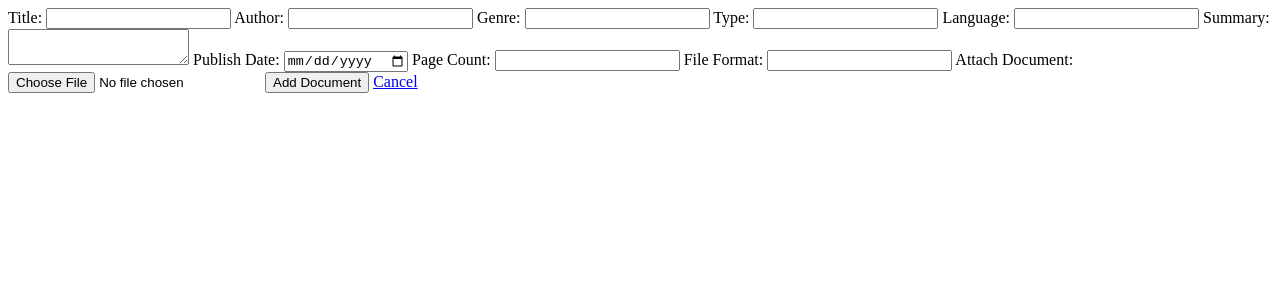
Repository: yasmine555/SpringBoot
Page: src/main/resources/templates/AddDocument.html
An editor plug-in stored every save of this project. The page is shown before and after the next save, followed by the edit.
The browser window is 1280 px wide. The pictures show the whole page.

Above is the page before, as saved 2024-10-27 16:32:34.

After the next save:
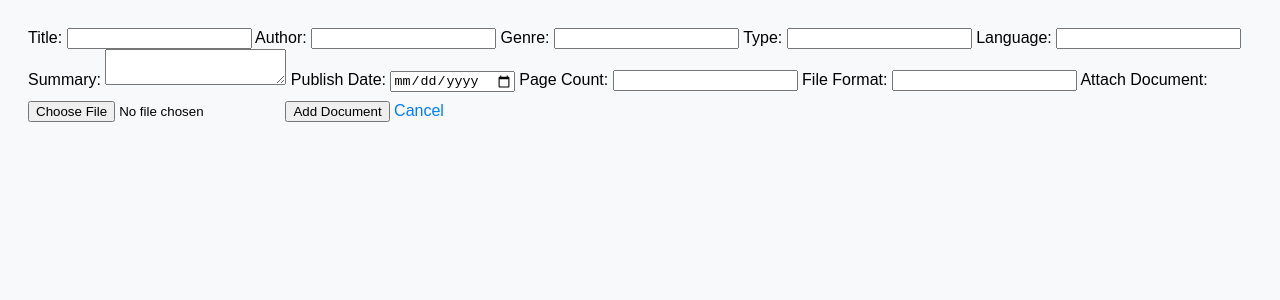
Saved 7 s later.
--- a/src/main/resources/templates/AddDocument.html
+++ b/src/main/resources/templates/AddDocument.html
@@ -1,6 +1,75 @@
 <!DOCTYPE html>
 <html>
     <STYLE>
+        body {
+    font-family: 'Arial', sans-serif;
+    background-color: #f8f9fa;
+    padding: 20px;
+}
+
+.document-form {
+    max-width: 500px;
+    margin: 0 auto;
+    padding: 20px;
+    border-radius: 8px;
+    box-shadow: 0 2px 10px rgba(0, 0, 0, 0.1);
+    background-color: #ffffff;
+}
+
+.document-form label {
+    display: block;
+    margin-bottom: 5px;
+    font-weight: bold;
+}
+
+.document-form input[type="text"],
+.document-form input[type="date"],
+.document-form input[type="number"],
+.document-form textarea,
+.document-form input[type="file"] {
+    width: 100%;
+    padding: 10px;
+    margin-bottom: 15px;
+    border: 1px solid #ced4da;
+    border-radius: 4px;
+    box-sizing: border-box;
+    transition: border-color 0.3s;
+}
+
+.document-form input[type="text"]:focus,
+.document-form input[type="date"]:focus,
+.document-form input[type="number"]:focus,
+.document-form textarea:focus {
+    border-color: #80bdff;
+    outline: none;
+}
+
+.document-form button {
+    background-color: #007bff;
+    color: white;
+    padding: 10px;
+    border: none;
+    border-radius: 4px;
+    cursor: pointer;
+    font-size: 16px;
+    transition: background-color 0.3s;
+}
+
+.document-form button:hover {
+    background-color: #0056b3;
+}
+
+.cancel-button {
+    display: inline-block;
+    margin-top: 10px;
+    text-decoration: none;
+    color: #007bff;
+    font-size: 16px;
+}
+
+.cancel-button:hover {
+    text-decoration: underline;
+}
 
     </STYLE>
 
